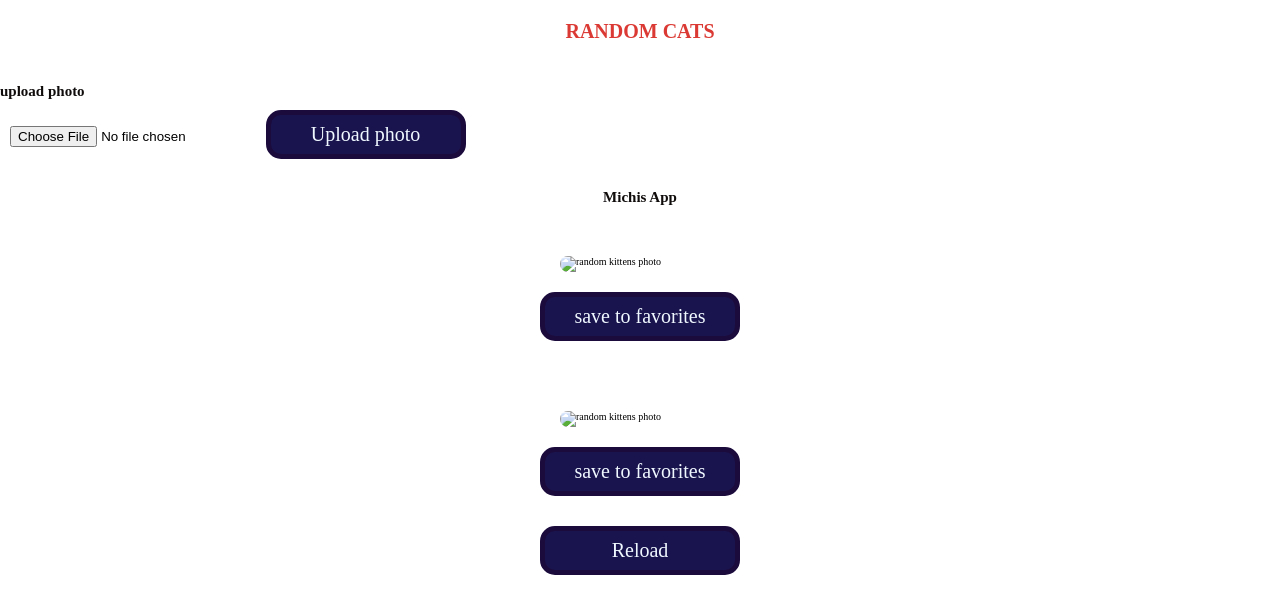
Repository: elto82/ConsumoAPIRESTjs
Page: index.html
The author's editor kept a copy of each file at every save. The page is drawn from the files as they stood at one save, then again after the next save.
The browser window is 1280 px wide. The pictures show the whole page.
The page's requests for data from a server got no answer.

Above is the page before, as saved 2022-07-04 21:54:17.

### index.html
<!DOCTYPE html>
<html lang="en">

<head>
  <meta charset="UTF-8">
  <meta http-equiv="X-UA-Compatible" content="IE=edge">
  <meta name="viewport" content="width=device-width, initial-scale=1.0">
  <title>Random Cats</title>
  <link rel="stylesheet" href="style.css">
</head>

<body>
  <header>
    <h1>Random Cats</h1>
  </header>
  <span id="error"></span>


  <section id="uploadingMichi" class="cards__container">
    <h2>upload photo</h2>
    <form id="uploadingForm">
      <input id="fileSelector" type="file" name="file" accept="image/*">

      <button type="button" onclick="uploadMichiPhoto()" class="random-cat-button">
        Upload photo<i class="fa-solid fa-paper-plane"></i>
      </button>
      <div id="preview-zone">

      </div>
    </form>
  </section>

  <section id="randomMichis" class="container">
    <h2>Michis App</h2>

    <article>
      <img id="img1" alt="random kittens photo" class="image">
      <button id="btn1" class="random-cat-button">
        save to favorites
      </button>
    </article>
    <article>
      <img id="img2" alt="random kittens photo" class="image">
      <button id="btn2" class="random-cat-button">
        save to favorites
      </button>
    </article>

    <button class="random-cat-button" onclick="loadRandomMichis()">
      Reload
    </button>

  </section>
  <section id="favoriteMichis">

  </section>

  <script src="https://cdn.jsdelivr.net/npm/axios/dist/axios.min.js"></script>
  <script src="./main.js"></script>
</body>

</html>

### style.css
* {
  box-sizing: border-box;
  margin: 0px;
  padding: 0px;
}
html {
  font-size: 62.5%;
}
body {
  font-family: 'Square Peg', cursive;
}
header {
  display: flex;
  justify-content: center;
}

h1 {
  margin: 20px 0;
  color: #DB3A34;
  font-weight: 800;
  text-transform: uppercase;
}

h2 {
  color: #100c0c;
  margin: 0 0 1rem 0;
}

#error {
  color: rgb(20, 17, 17);
  display: block;
  margin-bottom: 20px;
  margin-left: 1rem;
}

article{
  display: flex;
  flex-direction: column;
  justify-content: center;
  place-items: center;
  padding: 20px;
}


.container {
  display: flex;
  flex-direction: column;
  justify-content: center;
  place-items: center;
  padding: 20px;
}
.container .image {
  border-radius: 20px;
  margin: 20px;
  width: 80%;
  height: auto;
}
.random-cat-button {
  align-items: center;
  background-color: rgb(26, 20, 78);
  border: 5px solid rgb(27, 11, 60);
  border-radius: 15px;
  color: aliceblue;
  cursor: pointer;
  font-family: 'Pacifico', cursive;
  font-size: 2rem;
  padding: 0.8rem;
  width: 20rem;
  height: auto;
  margin-bottom: 1rem;
}
.random-cat-button:hover {
  border: 5px solid rgb(36, 16, 71);
  background-color: rgb(33, 14, 62);
}

#file-preview{
  width: 300px;
  height: auto;
  margin: 20px 20px;
}

#fileSelector{
  margin: 0 0 1rem 1rem;
  font-weight: 500;

}

### main.js
const api = axios.create({
  baseURL: 'https://api.thecatapi.com/v1'
});
api.defaults.headers.common['X-API-KEY'] = '11fb4c78-96c8-403c-b282-b8c4d38b4b60';


/*--------------------------------------------- endpoint
const API_URL = "https://api.thecatapi.com/v1/images/search"; */
/* --------------------------------------------------------query parameters */
const API_URL_random = "https://api.thecatapi.com/v1/images/search?limit=2";
const API_URL_favorites = "https://api.thecatapi.com/v1/favourites";
const API_URL_upload = "https://api.thecatapi.com/v1/images/upload";

const API_URL_favorites_delete = (id) =>
  `https://api.thecatapi.com/v1/favourites/${id}`;

const spanError = document.getElementById("error");

async function loadRandomMichis() {
  const res = await fetch(API_URL_random);
  const data = await res.json();

  console.log(data);
  console.log("loadRandomMichis");

  if (res.status !== 200) {
    spanError.innerHTML = `hubo un error: ${res.status} ${data.message}`;
  } else {
    const img1 = document.getElementById("img1");
    const img2 = document.getElementById("img2");
    const btn1 = document.getElementById("btn1");
    const btn2 = document.getElementById("btn2");

    img1.src = data[0].url;
    img2.src = data[1].url;
    btn1.onclick = () => saveFavoriteMichi(data[0].id);
    btn2.onclick = () => saveFavoriteMichi(data[1].id);
  }
}

async function loadFavoriteMichis() {
  const res = await fetch(API_URL_favorites, {
    method: "GET",
    headers: {
      "X-API-KEY": "11fb4c78-96c8-403c-b282-b8c4d38b4b60",
    },
  });
  const data = await res.json();

  console.log(data);
  console.log("loadFavoriteMichis");

  if (res.status !== 200) {
    spanError.innerHTML = `Hubo un error: ${res.status} ${data.message}`;
  } else {
    const section = document.getElementById("favoriteMichis");
    section.innerHTML = "";
    const h2 = document.createElement("h2");
    const h2Text = document.createTextNode("Michis Favorites");
    h2.appendChild(h2Text);
    section.appendChild(h2);

    data.forEach((michi) => {
      const article = document.createElement("article");
      const img = document.createElement("img");
      const btn = document.createElement("button");
      const btnText = document.createTextNode("remove michi");

      btn.appendChild(btnText);
      btn.onclick = () => deleteFavoriteMichi(michi.id);
      img.src = michi.image.url;
      img.width = 150;
      article.appendChild(img);
      article.appendChild(btn);
      section.appendChild(article);
    });
  }
}

async function saveFavoriteMichi(id) {
  const { data, status } = await api.post('/favourites', {
    image_id: id,
  });
  /* const res = await fetch(API_URL_favorites, {
    method: "POST",
    headers: {
      "Content-Type": "application/json",
      "X-API-KEY": "11fb4c78-96c8-403c-b282-b8c4d38b4b60",
    },
    body: JSON.stringify({
      image_id: id,
    }),
  });
  const data = await res.json(); */

  console.log("save");
  //console.log(res);

  if (status !== 200) {
    spanError.innerHTML = `Hubo un error: ${status} ${data.message}`;
  } else {
    console.log("michi guardado en favoritos");
    loadFavoriteMichis();
  }
}

async function deleteFavoriteMichi(id) {
  const res = await fetch(API_URL_favorites_delete(id), {
    method: "DELETE",
    headers: {
      "X-API-KEY": "11fb4c78-96c8-403c-b282-b8c4d38b4b60",
    },
  });
  const data = await res.json();

  if (res.status !== 200) {
    spanError.innerHTML = `Hubo un error: ${res.status} ${data.message}`;
  } else {
    console.log("michi eliminado de favoritos");
    loadFavoriteMichis();
  }
}

async function uploadMichiPhoto() {
  const form = document.getElementById("uploadingForm");
  const formData = new FormData(form);

  console.log(formData.get("file"));

  const res = await fetch(API_URL_upload, {
    method: "POST",
    headers: {
      //"Content-Type": "multipart/form-data",
      "X-API-KEY": "11fb4c78-96c8-403c-b282-b8c4d38b4b60",
    },
    body: formData,
  });
  const data = await res.json();

  if (res.status !== 201) {
    spanError.innerText = "Hubo un error: " + res.status + " " + data.message;
  } else {
    console.log("Michi cargado correctamente");
    console.log({ data });
    console.log(data.url);
    saveFavoriteMichi(data.id);
    loadRandomMichis();
  }
}

/* const previewImage = () => {
  const file = document.getElementById("file").files;
  console.log(file);
  if (file.length > 0) {
    const fileReader = new FileReader();

    fileReader.onload = function(e) {
      document.getElementById("preview").setAttribute("src", e.target.result);
    };
    fileReader.readAsDataURL(file[0]);
  }
} */

function readFile(input) {
  if (input.files && input.files[0]) {
    var reader = new FileReader();
    reader.onload = function (e) {
      var filePreview = document.createElement("img");
      filePreview.id = "file-preview";
      //Aca se guarda la imagen en base 64
      filePreview.src = e.target.result;
      console.log(e.target.result);

      var previewZone = document.getElementById("preview-zone");
      previewZone.appendChild(filePreview);
    };

    reader.readAsDataURL(input.files[0]);
  }
}
var fileUpload = document.getElementById("fileSelector");
fileUpload.onchange = function (e) {
  readFile(e.srcElement);

};

loadRandomMichis();
loadFavoriteMichis();

After the next save:
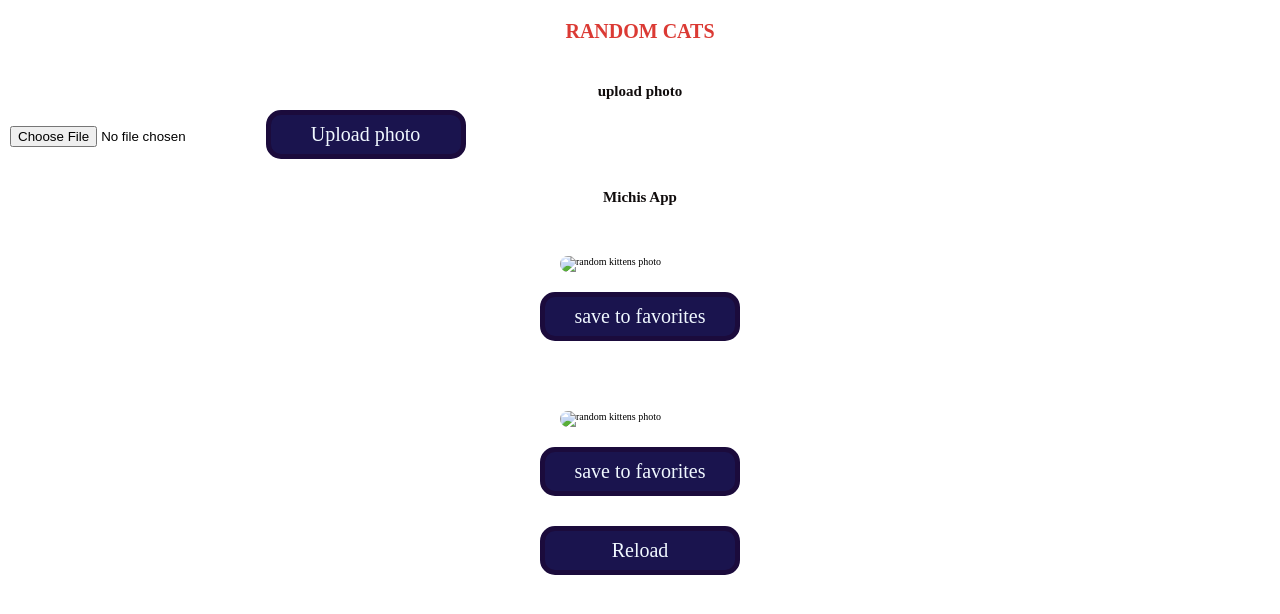
Saved 39 s later.
--- a/style.css
+++ b/style.css
@@ -24,6 +24,7 @@ h1 {
 h2 {
   color: #100c0c;
   margin: 0 0 1rem 0;
+  text-align: center;
 }
 
 #error {
@@ -82,6 +83,5 @@ article{
 
 #fileSelector{
   margin: 0 0 1rem 1rem;
-  font-weight: 500;
 
 }
